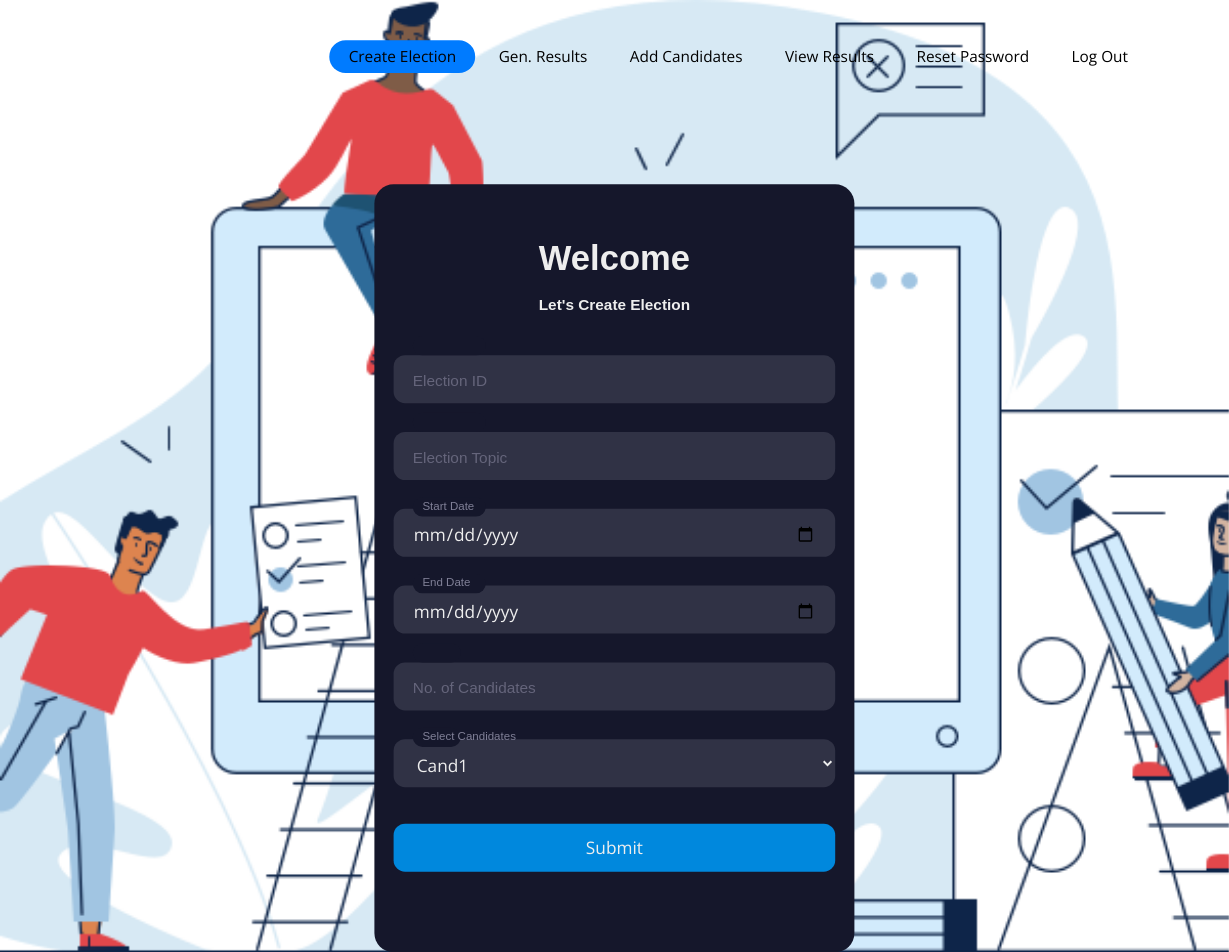
Repository: CS699-IITB-Autumn-2021/project-alpha_team
Page: http://localhost/genResult.html
An editor plug-in stored every save of this project. The page is shown before and after the next save, followed by the edit.
The browser window is 1280 px wide. The pictures show the whole page, at 96% of full size.
The page is served by the project's application, run on Flask 3 (app.py).

Above is the page before, as saved 2021-10-26 13:07:55.
Console error: ReferenceError: $ is not defined

After the next save:
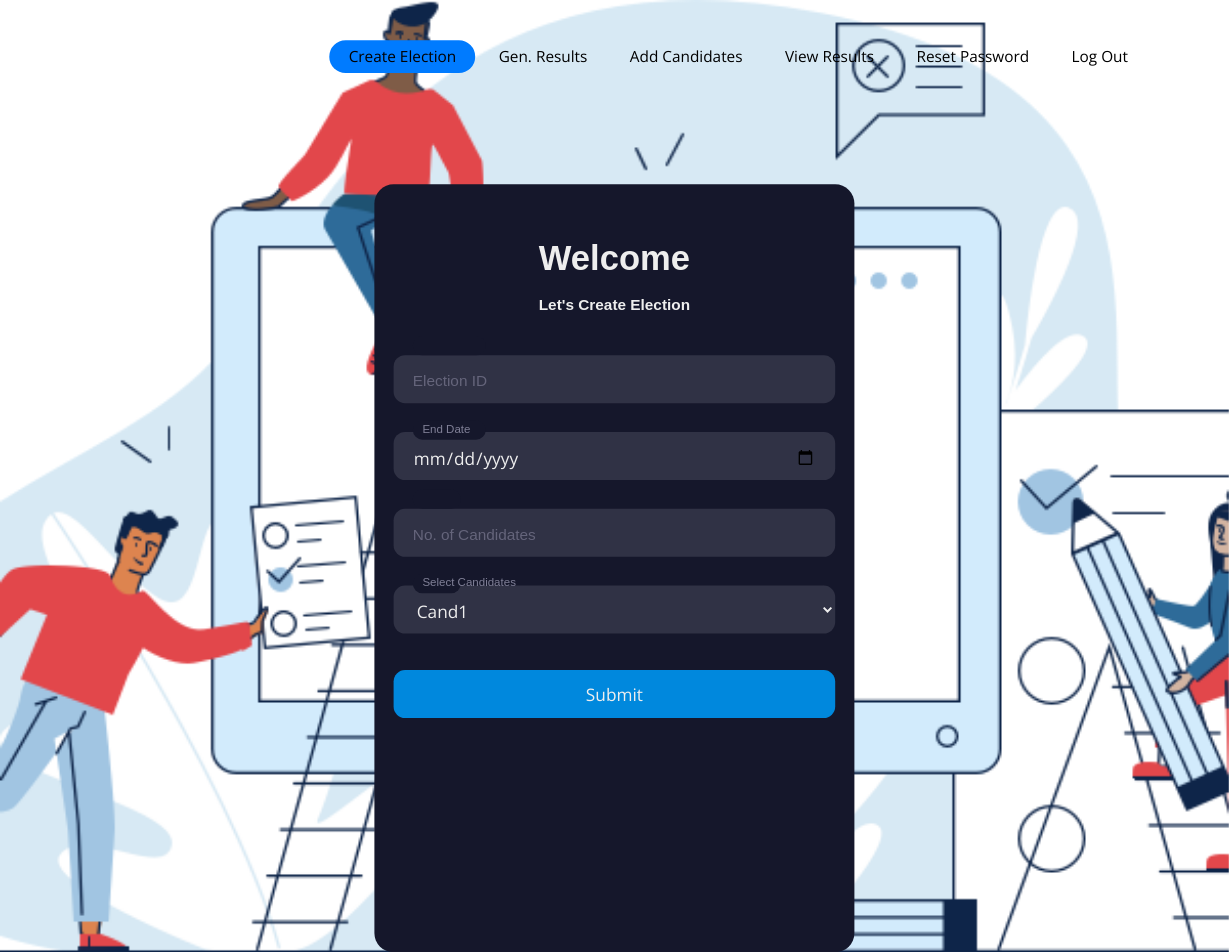
Saved 62 s later.
--- a/IVote/templates/genResult.html
+++ b/IVote/templates/genResult.html
@@ -82,16 +82,7 @@
           <div class="cut"></div>
           <label for="id" class="placeholder">Election ID</label>
         </div>
-        <div class="input-container ic2">
-          <input id="topic" class="input" name="topic" type="text" placeholder=" " />
-          <div class="cut"></div>
-          <label for="topic" class="placeholder">Election Topic</label>
-        </div>
-        <div class="input-container ic2">
-          <input id="date" class="input" type="date" name="startdate" placeholder=" " />
-          <div class="cut"></div>
-          <label for="date" class="placeholder">Start Date</label>
-        </div>
+
         <div class="input-container ic2">
           <input id="date" class="input" type="date" name="enddate" placeholder=" " />
           <div class="cut"></div>
